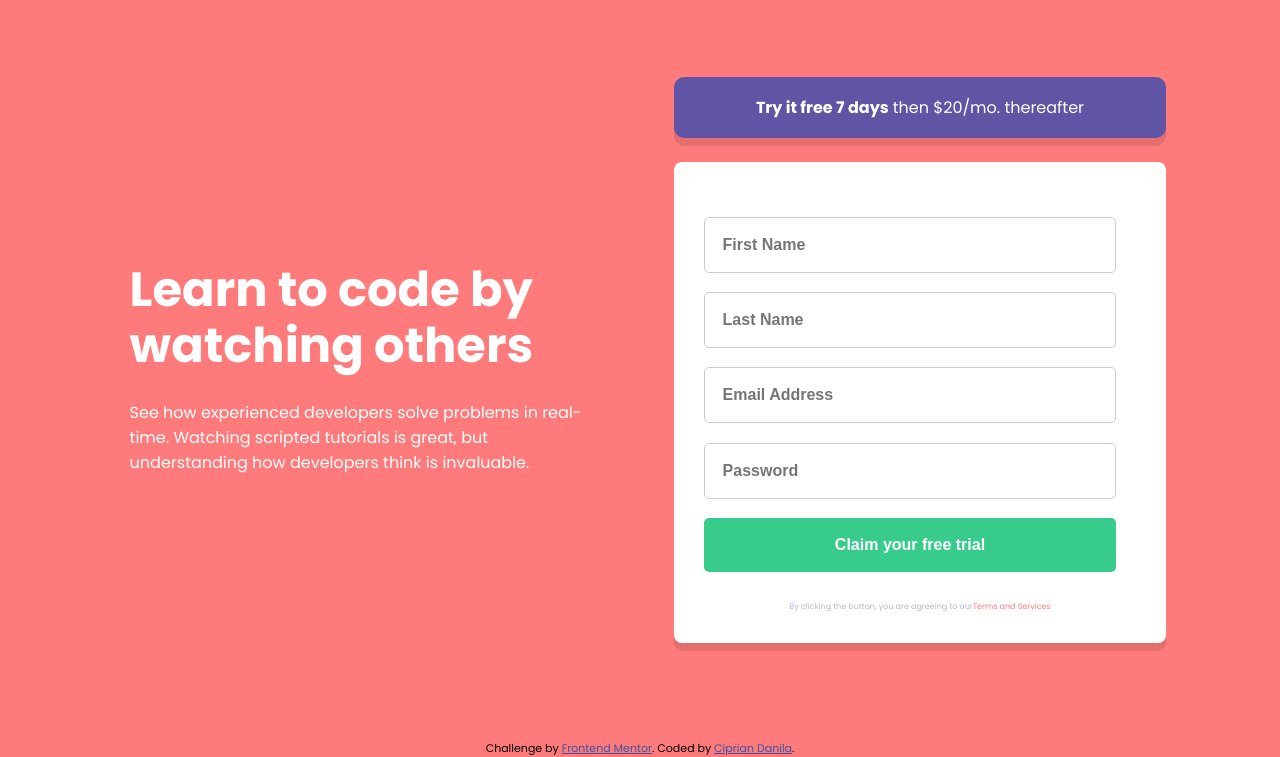
Repository: cipdanila/intro-component-with-sign-up-form
Page: index.html
An editor plug-in stored every save of this project. The page is shown before and after the next save, followed by the edit.
The browser window is 1280 px wide. The pictures show the whole page.

Above is the page before, as saved 2024-02-14 16:12:42.

### index.html
<!DOCTYPE html>
<html lang="en">
    <head>
        <meta charset="UTF-8" />
        <meta name="viewport" content="width=device-width, initial-scale=1.0" />
        <!-- displays site properly based on user's device -->

        <link rel="icon" type="image/png" sizes="32x32" href="./images/favicon-32x32.png" />
        <link rel="stylesheet" href="styles.css" />
        <title>Frontend Mentor | Intro component with sign up form</title>
    </head>
    <body>
        <main>
            <div class="container">
                <section class="info">
                    <h1 class="learn">Learn to code by watching others</h1>
                    <p>
                        See how experienced developers solve problems in real-time. Watching scripted tutorials is great, but
                        understanding how developers think is invaluable.
                    </p>
                </section>
                <section class="container-form">
                    <h2 class="price"><span class="promo">Try it free 7 days</span> then $20/mo. thereafter</h2>
                    <div class="form">
                        <form action="">
                            <label for="fname"> </label><br />
                            <input type="text" name="fname" id="fname" class="input-field" placeholder="First Name" required />
                            <span class="error-message" id="fname-error">First Name cannot be empty</span>
                            <label for="lname"> </label><br />
                            <input type="text" name="lname" id="lname" placeholder="Last Name" required />
                            <span class="error-message" id="lname-error">Last Name cannot be empty</span>
                            <label for="email"> </label><br />
                            <input type="email" name="email" id="email" placeholder="Email Address" required />
                            <span class="error-message" id="email-error">Looks like this is not an email</span>
                            <span class="error-message" id="email-error2">Email Adress cannot be empty</span>
                            <label for="password"></label>
                            <input type="password" name="password" id="password" placeholder="Password" required />
                            <span class="error-message" id="password-error">Password cannot be empty</span>
                            <input type="button" id="google-login-button" value="Claim your free trial" />
                            <p>By clicking the button, you are agreeing to our <span class="terms">Terms and Services</span></p>
                        </form>
                    </div>
                </section>
            </div>
        </main>

        <footer>
            <div class="attribution">
                Challenge by
                <a
                    href="https://www.frontendmentor.io/challenges/intro-component-with-signup-form-5cf91bd49edda32581d28fd1/hub"
                    target="_blank"
                    rel="noopener noreferer"
                    >Frontend Mentor</a
                >. Coded by <a href="https://github.com/cipdanila" target="_blank" rel="noopener noreferer">Ciprian Danila</a>.
            </div>
        </footer>
    </body>
</html>

### styles.css
@import url("https://fonts.googleapis.com/css2?family=Poppins:wght@400;500;600;700&display=swap");

:root {
    /* Colors */
    /* Primary */
    --red: hsl(0, 100%, 74%);
    --green: hsl(154, 59%, 51%);
    /* Accent */
    --blue: hsl(248, 32%, 49%);
    /* Neutral */
    --dark-blue: hsl(249, 10%, 26%);
    --grayish-blue: hsl(246, 25%, 77%);
    --white: #fff;
    /* Other variables */
    --font-size-base: 1rem; /* 16px */
    --font-weight-base: 400;
}

*,
*::after,
*::before {
    margin: 0;
    padding: 0;
    box-sizing: border-box;
}

body,
html {
    font-family: "Poppins", sans-serif;
    font-size: var(--font-size-base);
    font-weight: var(--font-weight-base);
    background-color: var(--red);
}
main {
    display: flex;
    justify-content: center;
    align-items: center;
    height: 100vh;
    background-color: var(--red);
    background-image: url("./images/bg-intro-desktop.png") no-repeat;
    background-size: cover;
    background-position: center;
    width: 100%;
}

.container {
    display: flex;
    flex-direction: row;
    align-items: center;
    justify-content: center;
    padding: 5rem;
}

section {
    max-width: 100%;
    width: 50%;
    display: flex;
    flex-direction: column;
    align-items: center;
    justify-content: center;
    padding: 2.1rem;
}

.learn {
    font-size: 3rem;
    font-weight: 700;
    color: #fff;
    line-height: 3.5rem;
    padding: 1rem;
}

.info p {
    color: var(--white);
    padding: 0 1rem;
}

.form {
    background-color: #fff;
    padding: 1.875rem;
    border-radius: 0.5rem;
    box-shadow: rgba(0, 0, 0, 0.1) 0px 0.5rem;
    display: flex;
    flex-direction: column;
    align-items: center;
    justify-content: center;
}

.price {
    width: 100%;
    font-size: 1rem;
    font-weight: 400;
    box-shadow: rgba(0, 0, 0, 0.1) 0px 0.5rem;
    display: flex;
    align-items: center;
    justify-content: center;
    background-color: var(--blue);
    color: #fff;
    padding: 1.125rem;
    border-radius: 0.625rem;
    margin-bottom: 1.5rem;
}

.price span {
    font-weight: 700;
    margin-right: 0.25rem;
}

p {
    margin-top: 10px;
}


input[type="text"],
input[type="email"],
input[type="password"],
input[type="button"] {
    width: calc(100% - 1.25rem);
    padding: 1.125rem;
    margin-bottom: 1.200rem;
    border-radius: 5px;
    border: 1px solid #ccc;
    color: var(--dark-blue);
    font-size: 1rem;
    font-weight: 700;
}

input {
    border-style: none;
    outline: none;
}

input:focus {
    border: 1px solid var(--blue);
}

.input-field {
    border: 1px solid var(--dark-blue);
}

.input-field.input-error {
    border-color: var(--red);
}

.input-field.input-error::after {
    content: "";
    position: absolute;
    top: 50%;
    right: 10px;
    transform: translateY(-50%);
    width: 10px;
    height: 10px;
    background-image: url(./images/icon-error.svg);
    background-size: contain;
    background-color: var(--red);
    border-radius: 50%;
}

.error-message {
    display: none;
    color: var(--red);
    font-size: 12px;
    margin-top: 5px;
}

.error-message.show {
    display: block;
}

input[type="button"] {
    background-color: var(--green);
    color: #fff;
    cursor: pointer;
    border: none;
}

input[type="button"]:hover {
    background-color: hsl(154, 59%, 68%);
    cursor: pointer;
}

form p {
    color: var(--grayish-blue);
    font-size: 0.5rem;
    display: flex;
    align-items: center;
    justify-content: center;
}

.terms {
    color: var(--red);
}

footer {
    margin-top: 20px;
    text-align: center;
}

.attribution {
    font-size: 11px;
    text-align: center;
}

.attribution a {
    color: hsl(228, 45%, 44%);
}

After the next save:
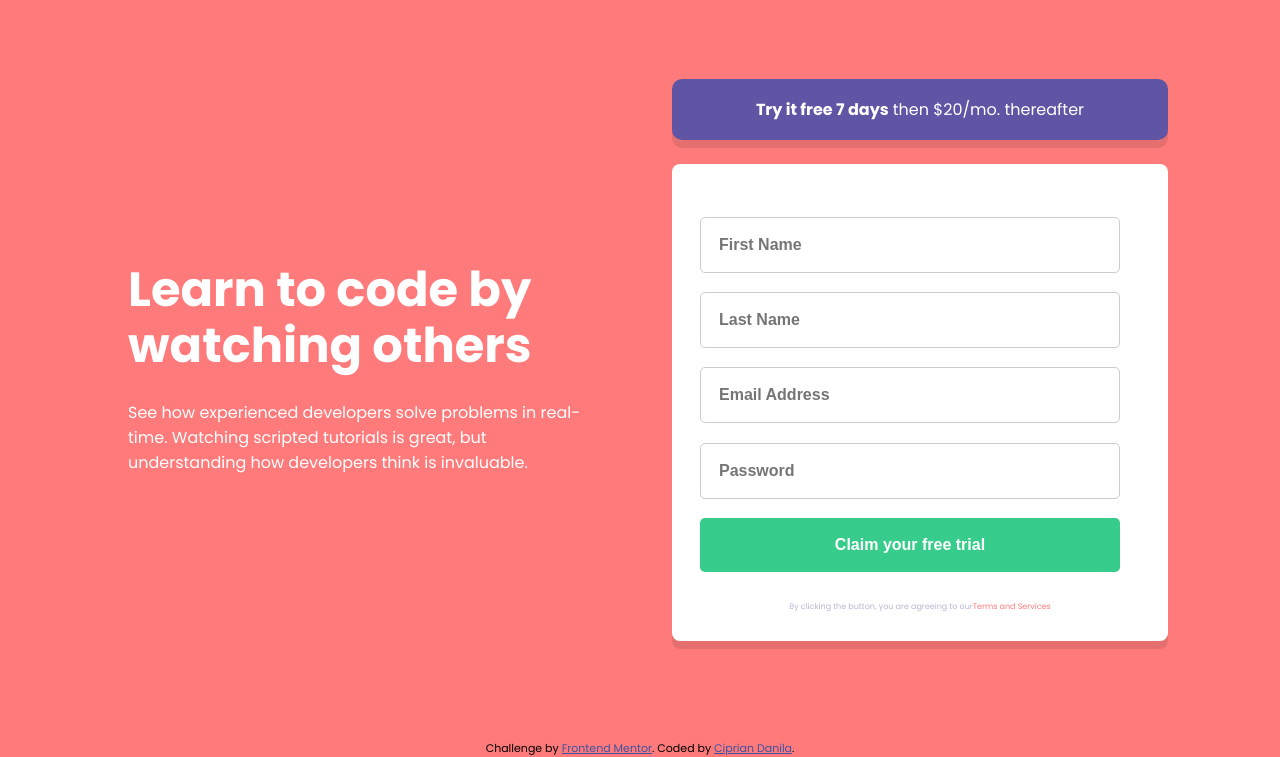
Saved 23 s later.
--- a/styles.css
+++ b/styles.css
@@ -58,7 +58,7 @@
     flex-direction: column;
     align-items: center;
     justify-content: center;
-    padding: 2.1rem;
+    padding: 2rem;
 }
 
 .learn {
@@ -76,7 +76,7 @@
 
 .form {
     background-color: #fff;
-    padding: 1.875rem;
+    padding: 1.75rem;
     border-radius: 0.5rem;
     box-shadow: rgba(0, 0, 0, 0.1) 0px 0.5rem;
     display: flex;
